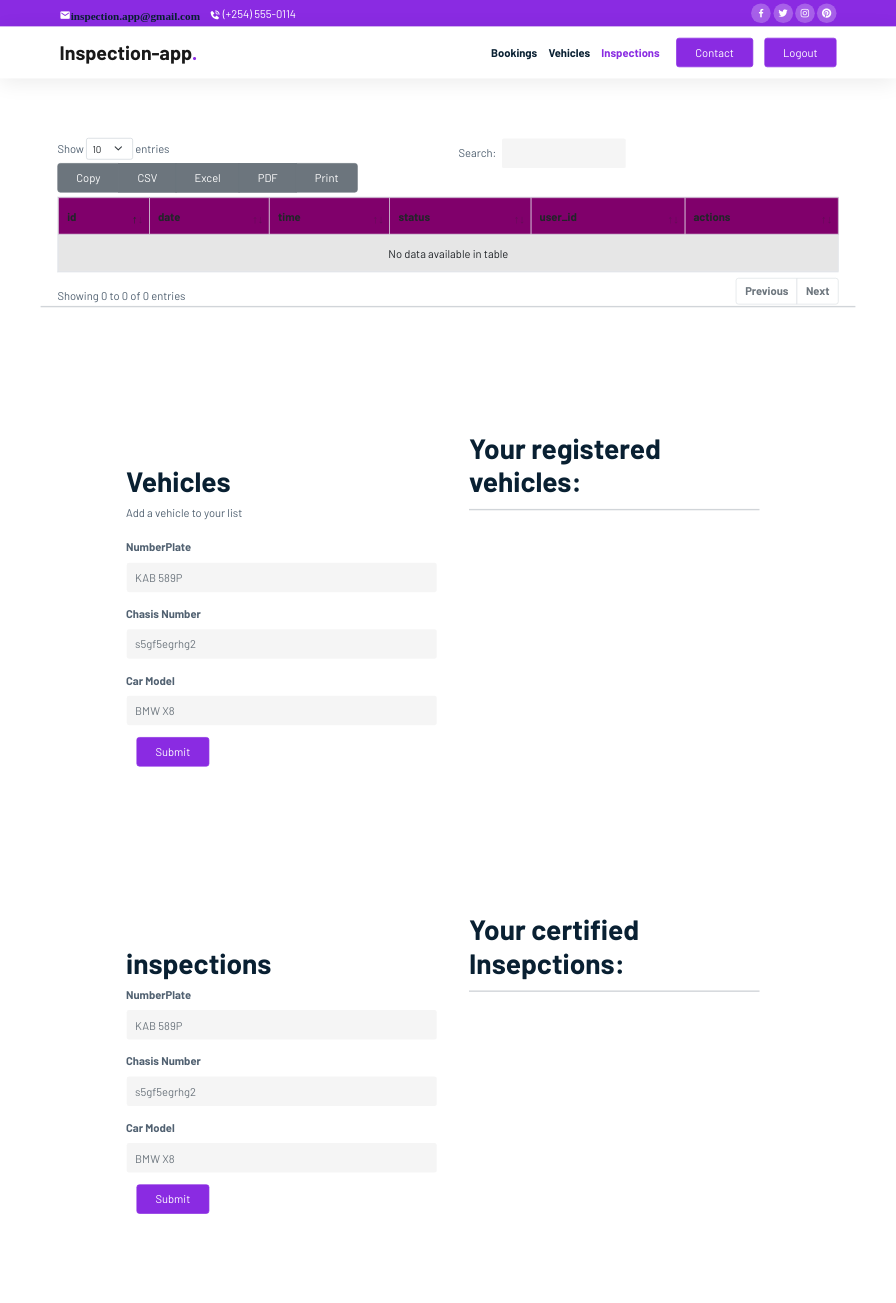
Repository: Jaynie8085/INSPECTION-APP
Page: client/admnDashboard.html
These files come from the project's save history. The page is drawn as it stood at one moment and after the next save; the edit follows.
The browser window is 1280 px wide. The pictures show the whole page, at 70% of full size.
The page's requests for data from a server got no answer.

Above is the page before, as saved 2022-10-17 06:01:38.
Console error: ReferenceError: fetchBookings is not defined

### client/admnDashboard.html
<!DOCTYPE html>
<html lang="en">

<head>
    <meta charset="UTF-8">
    <meta http-equiv="X-UA-Compatible" content="IE=edge">
    <meta name="viewport" content="width=device-width, initial-scale=1.0">
    <script src="/js/axios/dist/axios.min.js"></script>
    <script src="main.js"></script>
    <!-- Bootstrap CSS -->
    <link rel="stylesheet" href="css/bootstrap.min.css">
    <link rel="stylesheet" href="css/owl.carousel.min.css">
    <link rel="stylesheet" href="css/owl.theme.default.min.css">
    <link href='https://unpkg.com/boxicons@2.1.1/css/boxicons.min.css' rel='stylesheet'>
    <link rel="stylesheet" href="https://stackpath.bootstrapcdn.com/bootstrap/4.1.3/css/bootstrap.min.css"
        integrity="sha384-MCw98/SFnGE8fJT3GXwEOngsV7Zt27NXFoaoApmYm81iuXoPkFOJwJ8ERdknLPMO" crossorigin="anonymous">
    <link rel="stylesheet" href="css/style.css">
    <link rel="stylesheet" href="assets/css/datatables.min.css">
    <!-- <link rel="stylesheet" href="assets/css/style.css"> -->
    <title>userDashboard</title>
</head>

<body>

    <body data-bs-spy="scroll" data-bs-target=".navbar" data-bs-offset="70">


        <!-- TOP NAV -->
        <div class="top-nav" id="home">
            <div class="container">
                <div class="row justify-content-between">
                    <div class="col-auto">
                        <p> <i class='bx bxs-envelope'><a href="admnDashboard.html">inspection.app@gmail.com</p></a></i>
                        <p> <i class='bx bxs-phone-call'></i> (+254) 555-0114</p>
                    </div>
                    <div class="col-auto social-icons">
                        <a href="#"><i class='bx bxl-facebook'></i></a>
                        <a href="#"><i class='bx bxl-twitter'></i></a>
                        <a href="#"><i class='bx bxl-instagram'></i></a>
                        <a href="#"><i class='bx bxl-pinterest'></i></a>
                    </div>
                </div>
            </div>
        </div>

        <!-- BOTTOM NAV -->
        <nav class="navbar navbar-expand-lg navbar-light bg-white sticky-top">
            <div class="container">
                <a class="navbar-brand" href="admnDashboard.html">Inspection-app<span class="dot">.</span></a>
                <button class="navbar-toggler" type="button" data-bs-toggle="collapse" data-bs-target="#navbarNav"
                    aria-controls="navbarNav" aria-expanded="false" aria-label="Toggle navigation">
                    <span class="navbar-toggler-icon"></span>
                </button>
                <div class="collapse navbar-collapse" id="navbarNav">
                    <ul class="navbar-nav ms-auto">
                        <li class="nav-item">
                            <a class="nav-link" href="#home">Bookings</a>
                        </li>
                        <li class="nav-item">
                            <a class="nav-link" href="#vehicles">Vehicles</a>
                        </li>
                        <li class="nav-item">
                            <a class="nav-link" href="#inspections">Inspections</a>
                        </li>
                        </li>
                    </ul>
                    <a href="#" data-bs-toggle="modal" data-bs-target="#exampleModal"
                        class="btn btn-brand ms-lg-3">Contact</a>
                    <!-- Logout -->
                    <a href="index.html" class="btn btn-brand ms-lg-3">Logout</a>
                </div>

            </div>
        </nav>
        <!-- Bookings -->
        <section id="profile">
            <div class="container">
                <div class="row justify-content-center">
                    <table id="example" class="table table-striped table-bordered">
                        <thead class="" style="background-color:rgb(128, 0, 107)">
                            <tr>
                                <th>id</th>
                                <th>date</th>
                                <th>time</th>
                                <th>status</th>
                                <th>user_id</th>
                                <th>actions</th>
                            </tr>
                        </thead>
                        <tbody editable="true" id="mwili">
                            <!-- Add tbody here | DOM Manupilation -->
                        </tbody>
                    </table>
                    <!-- <div id="data-table" class="col-lg-5">
                        <ul id="bookings-list">
                        </ul>
                    </div> -->
                    <hr>
                </div>
            </div>
        </section>

        <!-- vehicles -->
        <section id="vehicles">
            <div class="container">
                <div class="row justify-content-center">
                    <div id="customer-frm" class="col-lg-5 py-5">
                        <form>
                            <h1>Vehicles</h1>
                            <p>Add a vehicle to your list</p>
                            <div class="form-group">
                                <label for="numberplate" class="form-label">NumberPlate</label>
                                <input type="text" class="form-control" placeholder="KAB 589P" id="numberplate"
                                    aria-describedby="emailHelp">
                            </div>
                            <div class="form-group">
                                <label for="chasisnumber" class="form-label">Chasis Number </label>
                                <input type="text" class="form-control" placeholder="s5gf5egrhg2" id="chasisnumber"
                                    aria-describedby="emailHelp">
                            </div>
                            <div class="form-group">
                                <label for="model" class="form-label">Car Model</label>
                                <input type="model" class="form-control" placeholder="BMW X8" id="model"
                                    aria-describedby="emailHelp">
                            </div>

                            <div class="col-12">
                                <button type="submit" class="btn btn-brand" onclick="vehicles();">Submit</button>
                            </div>
                        </form>
                    </div>
                    <div class="col-lg-5">
                        <div class="container center">
                            <h1>Your registered vehicles:</h1>
                            <div>
                                <ul id="quote-list">
                                </ul>
                            </div>
                            <hr>
                        </div>
                    </div>
                </div>
            </div>
            </div>
        </section>

        <!-- inspections -->
        <section id="inspections">
            <div class="container">
                <div class="row justify-content-center">
                    <div id="customer-frm" class="col-lg-5 py-5">
                        <form>
                            <h1>inspections</h1>
                            <!-- <p>Add a vehicle to your list</p> -->
                            <div class="form-group">
                                <label for="numberplate" class="form-label">NumberPlate</label>
                                <input type="text" class="form-control" placeholder="KAB 589P" id="numberplate"
                                    aria-describedby="emailHelp">
                            </div>
                            <div class="form-group">
                                <label for="chasisnumber" class="form-label">Chasis Number </label>
                                <input type="text" class="form-control" placeholder="s5gf5egrhg2" id="chasisnumber"
                                    aria-describedby="emailHelp">
                            </div>
                            <div class="form-group">
                                <label for="model" class="form-label">Car Model</label>
                                <input type="model" class="form-control" placeholder="BMW X8" id="model"
                                    aria-describedby="emailHelp">
                            </div>
                            <!-- <div class="col-12">
                        <label for="exampleInputEmail1" class="form-label">Enter General Description</label>
                        <textarea name="" placeholder="Type in your cars general description." class="form-contid=""  rows="4"></textarea>
                    </div> -->

                            <div class="col-12">
                                <button type="submit" class="btn btn-brand" onclick="vehicles();">Submit</button>
                            </div>
                        </form>
                    </div>
                    <div class="col-lg-5">
                        <div class="container center">
                            <h1>Your certified Insepctions:</h1>
                            <div>
                                <ul id="quote-list">
                                </ul>
                            </div>
                            <hr>
                        </div>
                    </div>
                </div>
            </div>
            </div>
        </section>

        <!-- Modal -->
        <div class="modal fade" id="exampleModal" tabindex="-1" aria-labelledby="exampleModalLabel" aria-hidden="true">
            <div class="modal-dialog modal-dialog-centered modal-xl">
                <div class="modal-content">
                    <div class="modal-body p-0">
                        <div class="container-fluid">
                            <div class="row gy-4">
                                <div class="col-lg-4 col-sm-12 bg-cover"
                                    style="background-image: url(img/isco.jpg); min-height:300px;">
                                    <div>

                                    </div>
                                </div>
                                <div class="col-lg-8">
                                    <form class="p-lg-5 col-12 row g-3">
                                        <div>
                                            <h1>Get in touch</h1>
                                            <p>Feel free to contact us and we will get back to you as soon as possible
                                            </p>
                                        </div>
                                        <div class="col-lg-6">
                                            <label for="userName" class="form-label">First name</label>
                                            <input type="text" class="form-control" placeholder="John" id="userName"
                                                aria-describedby="emailHelp">
                                        </div>
                                        <div class="col-lg-6">
                                            <label for="userName" class="form-label">Last name</label>
                                            <input type="text" class="form-control" placeholder="kamau" id="userName"
                                                aria-describedby="emailHelp">
                                        </div>
                                        <div class="col-12">
                                            <label for="userName" class="form-label">Email address</label>
                                            <input type="email" class="form-control" placeholder="Johnkamaa@gmail.com"
                                                id="userName" aria-describedby="emailHelp">
                                        </div>
                                        <div class="col-12">
                                            <label for="exampleInputEmail1" class="form-label">Enter Message</label>
                                            <textarea name=""
                                                placeholder="Yes,how can we help you,Type your message here."
                                                class="form-control" id="" rows="4"></textarea>
                                        </div>

                                        <div class="col-12">
                                            <button type="submit" class="btn btn-brand">Send Message</button>
                                        </div>
                                    </form>
                                </div>
                            </div>
                        </div>
                    </div>

                </div>
            </div>
        </div>


        <div class="modal fade" id="exampleModal" tabindex="-1" aria-labelledby="exampleModalLabel" aria-hidden="true">
            <div class="modal-dialog modal-dialog-centered modal-xl">
                <div class="modal-content">
                    <div class="modal-body p-0">
                        <div class="container-fluid">
                            <div class="row gy-4">
                                <div class="col-lg-4 col-sm-12 bg-cover"
                                    style="background-image: url(img/c2.jpg); min-height:300px;">
                                    <div>

                                    </div>
                                </div>
                                <div class="col-lg-8">
                                    <form class="p-lg-5 col-12 row g-3">
                                        <div>
                                            <h1>Get in touch with us</h1>
                                            <p>Feel free to contact us and we will get back to you as soon as possible
                                            </p>
                                        </div>
                                        <div class="col-lg-6">
                                            <label for="userName" class="form-label">First name</label>
                                            <input type="text" class="form-control" placeholder="John" id="userName"
                                                aria-describedby="emailHelp">
                                        </div>
                                        <div class="col-lg-6">
                                            <label for="userName" class="form-label">Last name</label>
                                            <input type="text" class="form-control" placeholder="kamau" id="userName"
                                                aria-describedby="emailHelp">
                                        </div>
                                        <div class="col-12">
                                            <label for="userName" class="form-label">Email address</label>
                                            <input type="email" class="form-control" placeholder="Johnkamaa@gmail.com"
                                                id="userName" aria-describedby="emailHelp">
                                        </div>
                                        <div class="col-12">
                                            <label for="exampleInputEmail1" class="form-label">Enter Message</label>
                                            <textarea name=""
                                                placeholder="Yes,how can we help you,Type your message here,,,"
                                                class="form-control" id="" rows="4"></textarea>
                                        </div>

                                        <div class="col-12">
                                            <button type="submit" class="btn btn-brand">Send Message</button>
                                        </div>
                                    </form>
                                </div>
                            </div>
                        </div>
                    </div>

                </div>
            </div>
        </div>

    <script src="assets/js/bootstrap.bundle.min.js"></script>
    <script src="assets/js/jquery-3.6.0.min.js"></script>
    <script src="assets/js/datatables.min.js"></script>
    <script src="assets/js/pdfmake.min.js"></script>
    <script src="assets/js/vfs_fonts.js"></script>
    <script src="assets/js/custom.js"></script>
        <script src="js/owl.carousel.min.js"></script>


        <script src="js/app.js"></script>
        <script src="index.js"></script>


    </body>

</html>

Loaded but not shown: client/js/axios/dist/axios.min.js (library); client/css/bootstrap.min.css (library); client/css/owl.carousel.min.css (library); client/css/owl.theme.default.min.css (common file); client/assets/css/datatables.min.css (library); client/assets/js/bootstrap.bundle.min.js (library); client/assets/js/jquery-3.6.0.min.js (library); client/assets/js/datatables.min.js (library); client/assets/js/pdfmake.min.js (library); client/assets/js/vfs_fonts.js (library); client/js/owl.carousel.min.js (library); client/index.js (193 lines, source omitted); client/main.js (172 lines, source omitted); client/assets/js/custom.js (57 lines, source omitted); client/js/app.js (34 lines, source omitted); client/css/style.css (543 lines, source omitted)

After the next save:
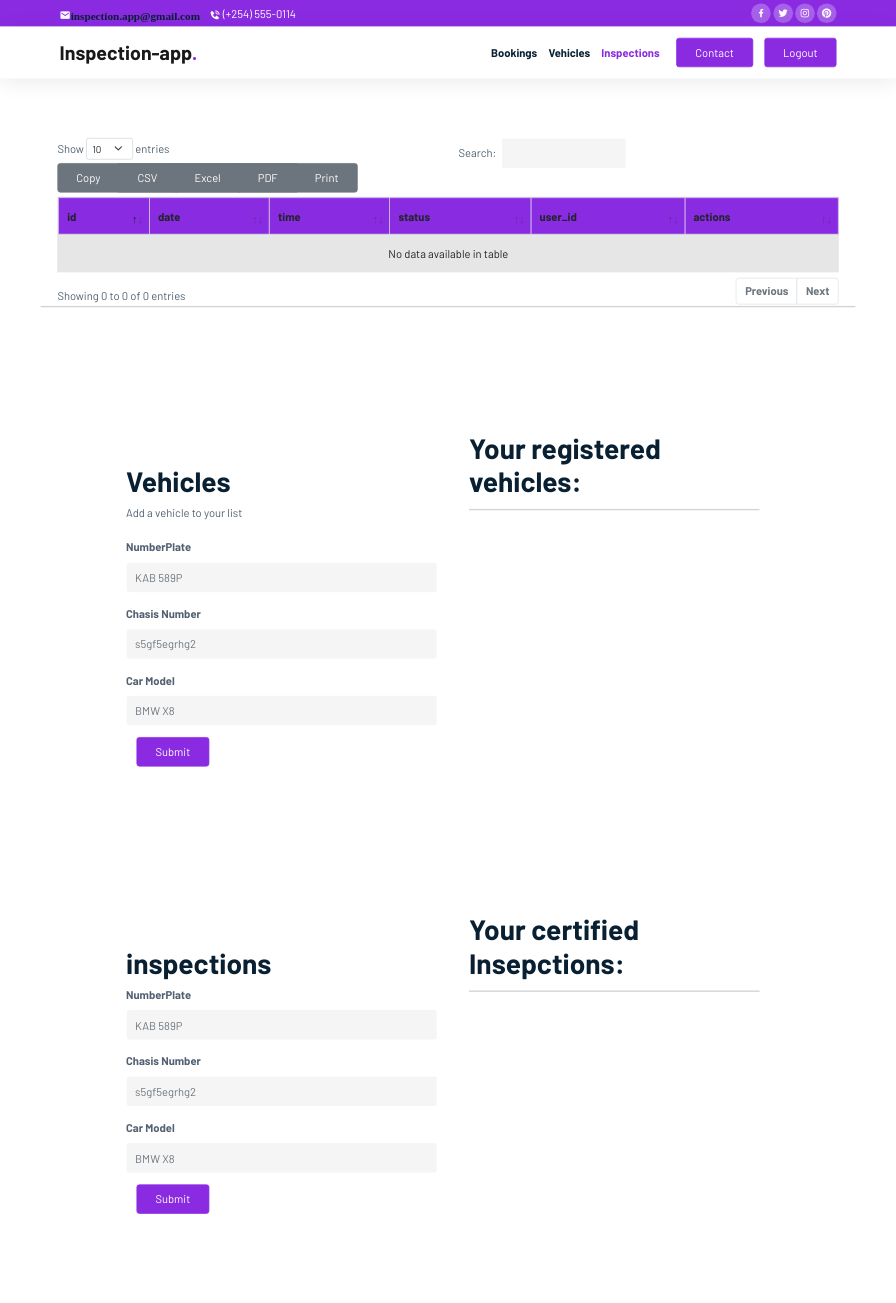
Saved 17 s later.
--- a/client/admnDashboard.html
+++ b/client/admnDashboard.html
@@ -77,7 +77,7 @@
             <div class="container">
                 <div class="row justify-content-center">
                     <table id="example" class="table table-striped table-bordered">
-                        <thead class="" style="background-color:rgb(128, 0, 107)">
+                        <thead class="" style="background-color:rgb(137,43,225)">
                             <tr>
                                 <th>id</th>
                                 <th>date</th>
